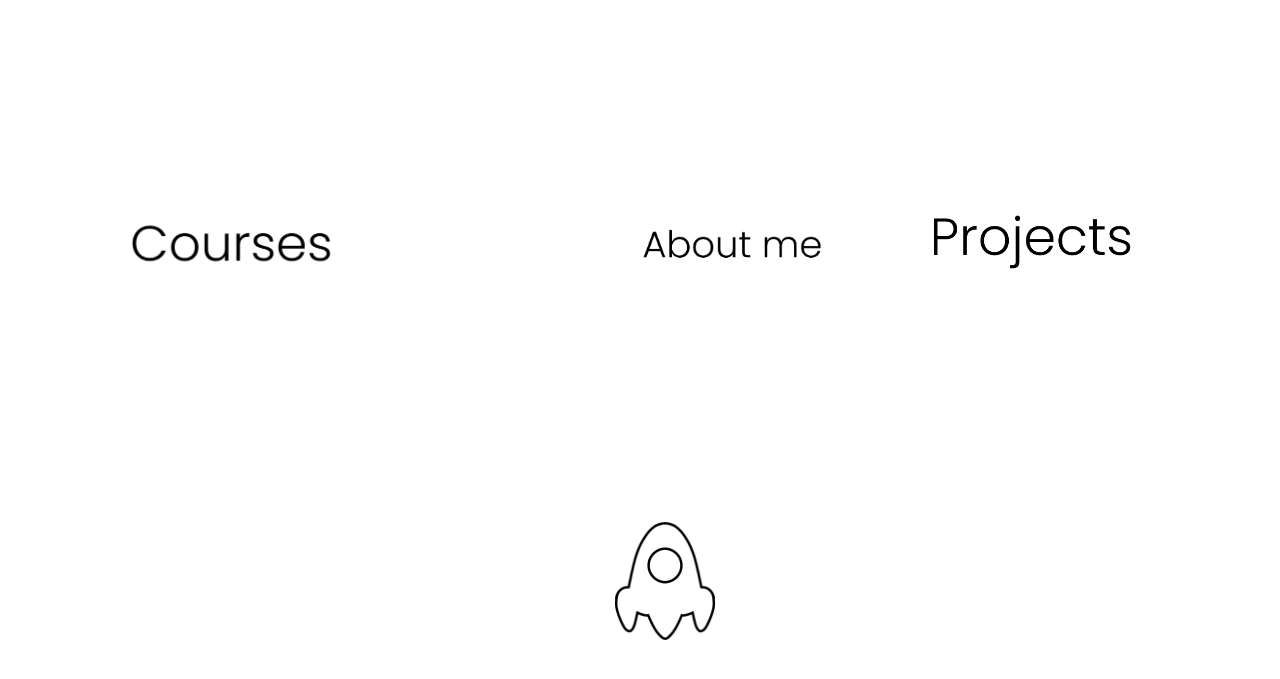
Repository: notMaximilian/maximilianaquino.github.io
Page: index.html
The author's editor kept a copy of each file at every save. The page is drawn from the files as they stood at one save, then again after the next save.
The browser window is 1280 px wide. The pictures show the whole page.

Above is the page before, as saved 2022-02-01 22:06:42.

After the next save:
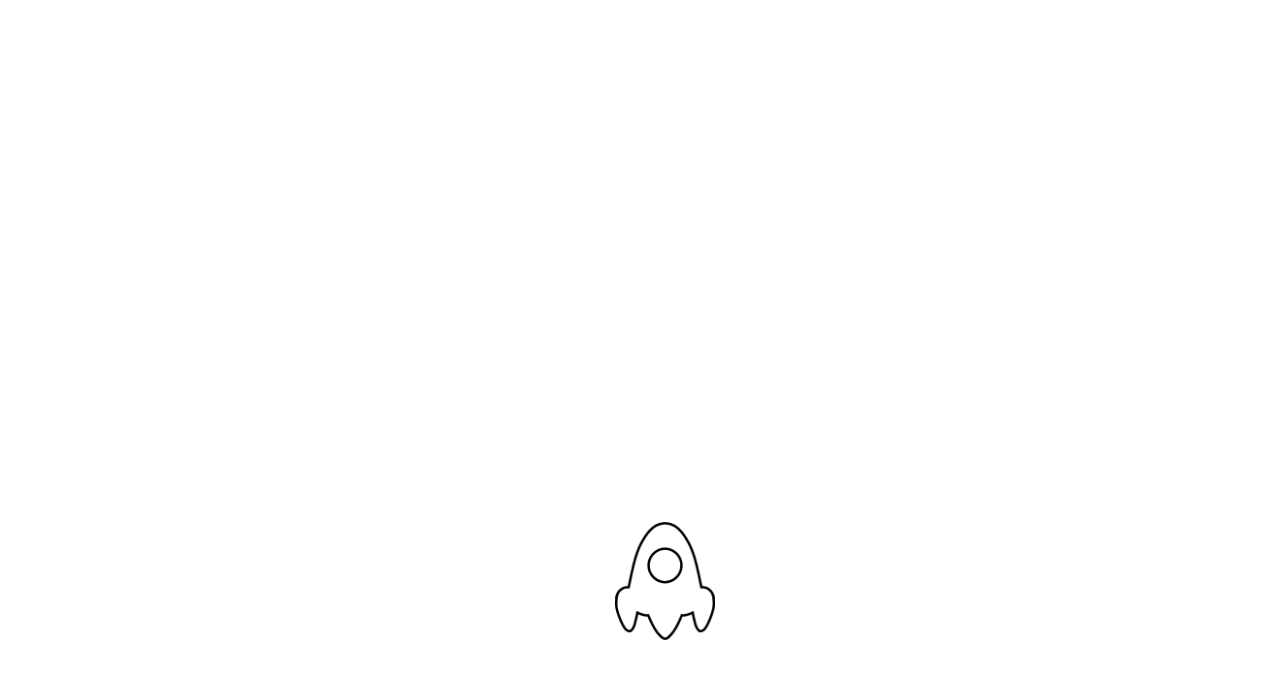
Saved 5 min 54 s later.
--- a/js/app.js
+++ b/js/app.js
@@ -256,7 +256,7 @@
   function init() {
     const $container = document.querySelector(".game");
     createRocket($container);
-    createHeader($container);
+    // createHeader($container);
 
   }
 

After the save that followed:
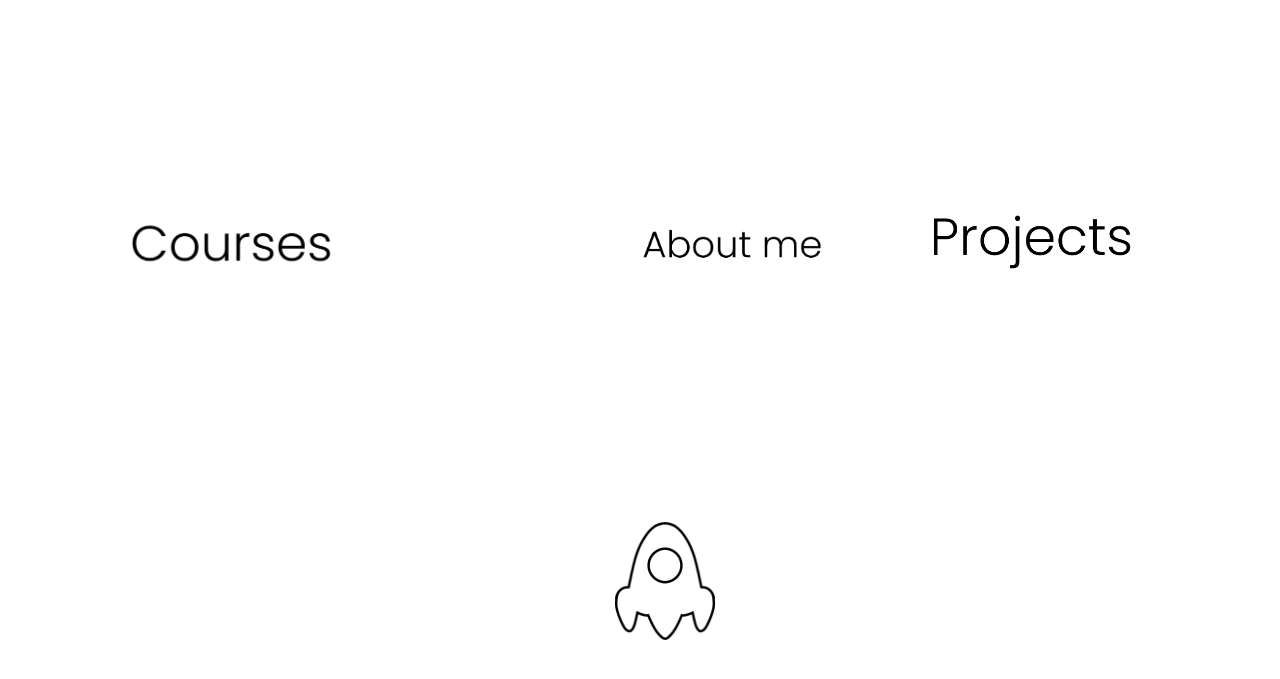
Saved 19 s later.
--- a/js/app.js
+++ b/js/app.js
@@ -256,7 +256,7 @@
   function init() {
     const $container = document.querySelector(".game");
     createRocket($container);
-    // createHeader($container);
+    createHeader($container);
 
   }
 
